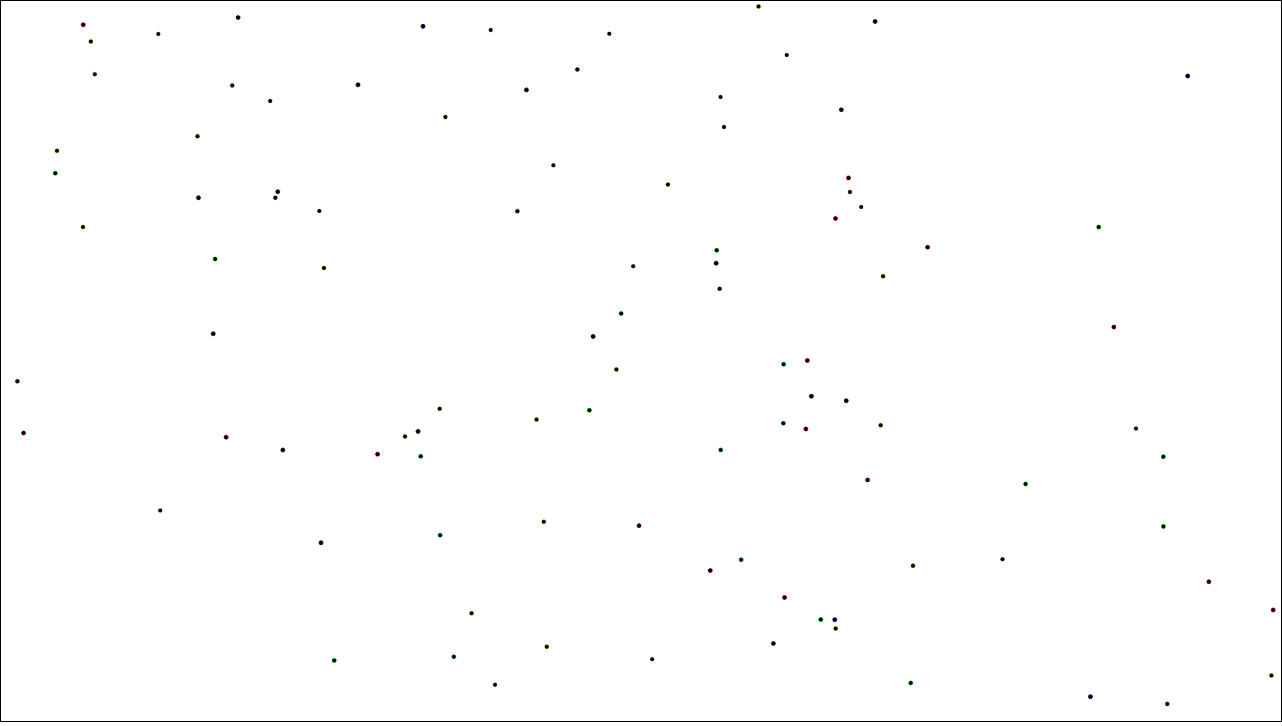
Repository: msminsu/study-canvas
Page: canvas/index.html
An editor plug-in stored every save of this project. The page is shown before and after the next save, followed by the edit.
The browser window is 1280 px wide. The page is 1282 px wide, so the pictures cover 1282 px, including what lies to the right of the window. The pictures show the whole page.

Above is the page before, as saved 2018-11-26 08:37:50.

### canvas/index.html
<!DOCTYPE html>
<html lang="en">
<head>
    <meta charset="UTF-8">
    <title>Document</title>
    <style>
        body{
            margin: 0;
        }
        canvas{
            width:100%;
            height: 100vh;
            border:1px solid black

        }
    </style>
</head>
<body>
    <canvas></canvas>
</body>
<script>
    var canvas = document.querySelector('canvas');
    canvas.width = window.innerWidth;
    canvas.height = window.innerHeight;

    var c = canvas.getContext('2d');

    // c.fillRect(100,100, 20, 20);


    /* c.beginPath();
    c.arc(200,200,30, 0, Math.PI * 2, false);
    c.strokeStyle = 'blue';
    c.stroke(); */


var mouse = {
    x:undefined,
    y: undefined
}

var maxRadius = 40;
var minRadius = 2;

var colorArray = [
    '#ffaa33',
    '#99ffaa',
    '#00ff00',
    '#4411aa',
    '#ff1100',
]

window.addEventListener('mousemove',
function(event){
 mouse.x = event.x;
 mouse.y = event.y;
}
)
function Circle(x,y, dx, dy, radius){
        this.x = x;
        this.y = y;
        this.dx = dx;
        this.dy = dy;
        this.radius = radius;

        this.draw = function(){
            c.beginPath();
            c.arc(this.x, this.y, this.radius, 0, Math.PI * 2, false);
            c.strokeStyle = colorArray[ Math.floor(Math.random() * colorArray.length)]
            c.stroke();
            c.fill();
        }

        this.updat = function(){
            if( this.x + this.radius > innerWidth || this.x -this.radius < 0){
            this.dx = -this.dx;
            }

            if( this.y + this.radius > innerHeight || this.y -this.radius < 0){
                this.dy = -this.dy;
            }
            this.x += this.dx;
            this.y += this.dy;

            //
            if(mouse.x - this.x < 50 && mouse.x - this.x > -50
            && mouse.y - this.y < 50 && mouse.y - this.y > -50
            ){
                if(this.radius < maxRadius){
                    this.radius += 1;
                }

            }else if(this.radius > minRadius){
                this.radius -= 1;
            }

            this.draw();
        }
}

var circle = new Circle(200, 200, 3,3, 30);

// circle.draw();





var circleArr = [];

for(var i =0; i<100; i++){
    var radius = 30;
    var x = Math.random() * (innerWidth - radius * 2) + radius;
    var y = Math.random() * (innerHeight - radius * 2) + radius;
    var dx = (Math.random() - 0.5); //* 8;
    var dy = (Math.random() - 0.5); //* 8;
    circleArr.push(new Circle(x, y, dx, dy, radius));
}

    function animate(){
        requestAnimationFrame(animate);


        c.clearRect(0, 0, innerWidth, innerHeight);

        for(var i = 0; i<circleArr.length; i++){
            circleArr[i].updat();
        }
        // circle.draw();

        // c.beginPath();
        // c.arc(x,y,radius, 0, Math.PI * 2, false);
        // c.strokeStyle = 'blue';
        // c.stroke();

       /*  if( x + radius > innerWidth || x -radius < 0){
            dx = -dx;
        }

        if( y + radius > innerHeight || y -radius < 0){
            dy = -dy;
        }
        x += dx;
        y += dy; */
    }

animate();

</script>
</html>

After the next save:
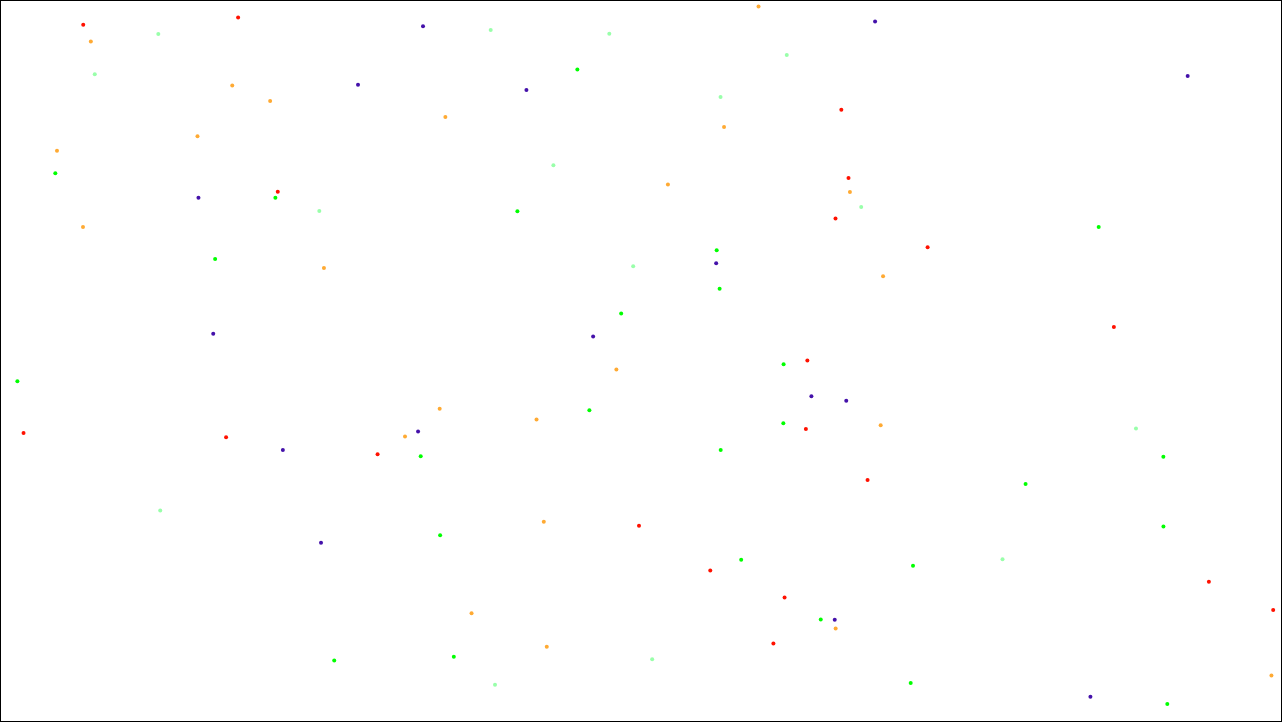
Saved 24 s later.
--- a/canvas/index.html
+++ b/canvas/index.html
@@ -66,8 +66,8 @@ function Circle(x,y, dx, dy, radius){
         this.draw = function(){
             c.beginPath();
             c.arc(this.x, this.y, this.radius, 0, Math.PI * 2, false);
-            c.strokeStyle = colorArray[ Math.floor(Math.random() * colorArray.length)]
-            c.stroke();
+            c.fillStyle = colorArray[ Math.floor(Math.random() * colorArray.length)]
+            //c.stroke();
             c.fill();
         }
 
